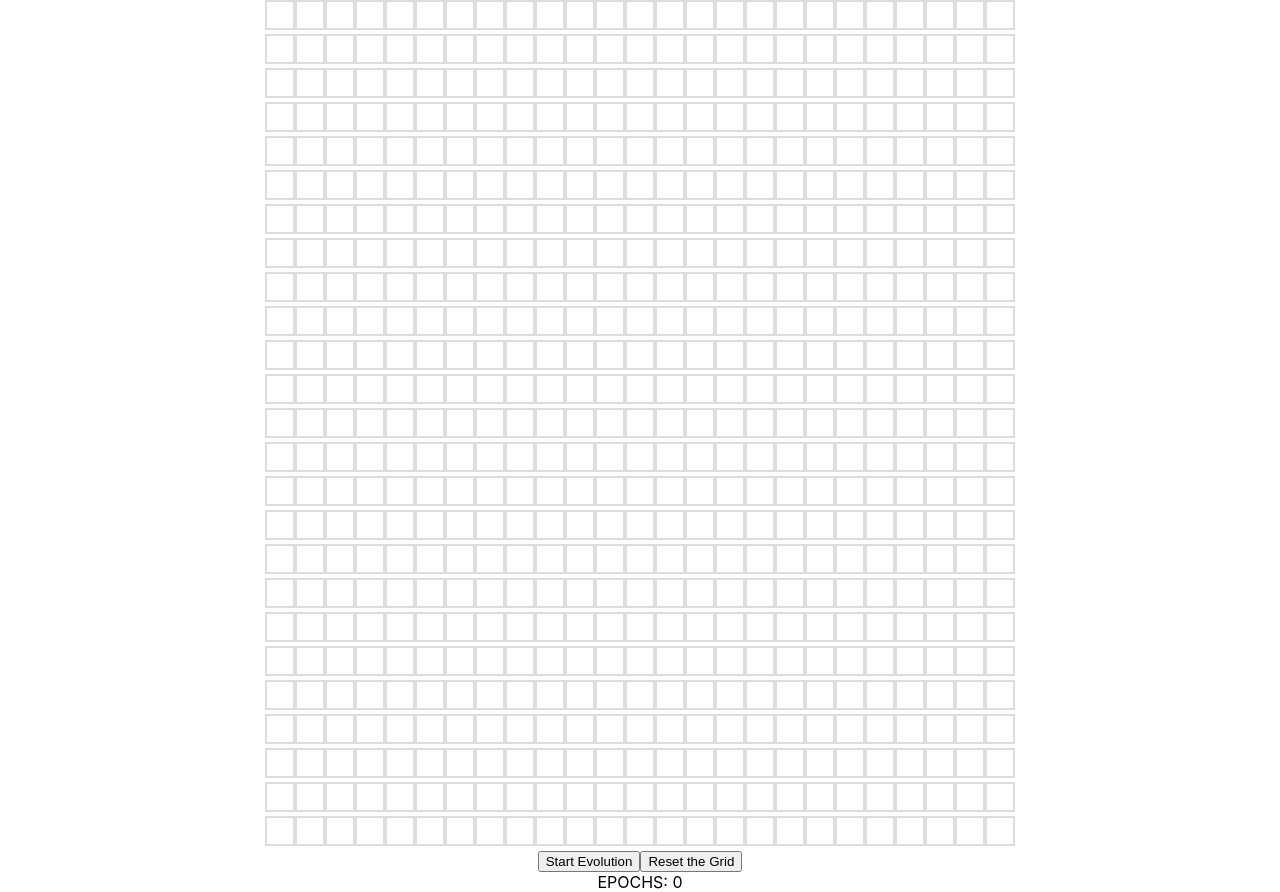
Repository: MarioDiekmann/GameOfLife
Page: /
An editor plug-in stored every save of this project. The page is shown before and after the next save, followed by the edit.
The browser window is 1280 px wide. The pictures show the whole page.
The project was rebuilt for these pictures with package versions that can differ from the ones it lists, and the page was loaded fresh each time.

Above is the page before, as saved 2024-10-14 15:58:23.

After the next save:
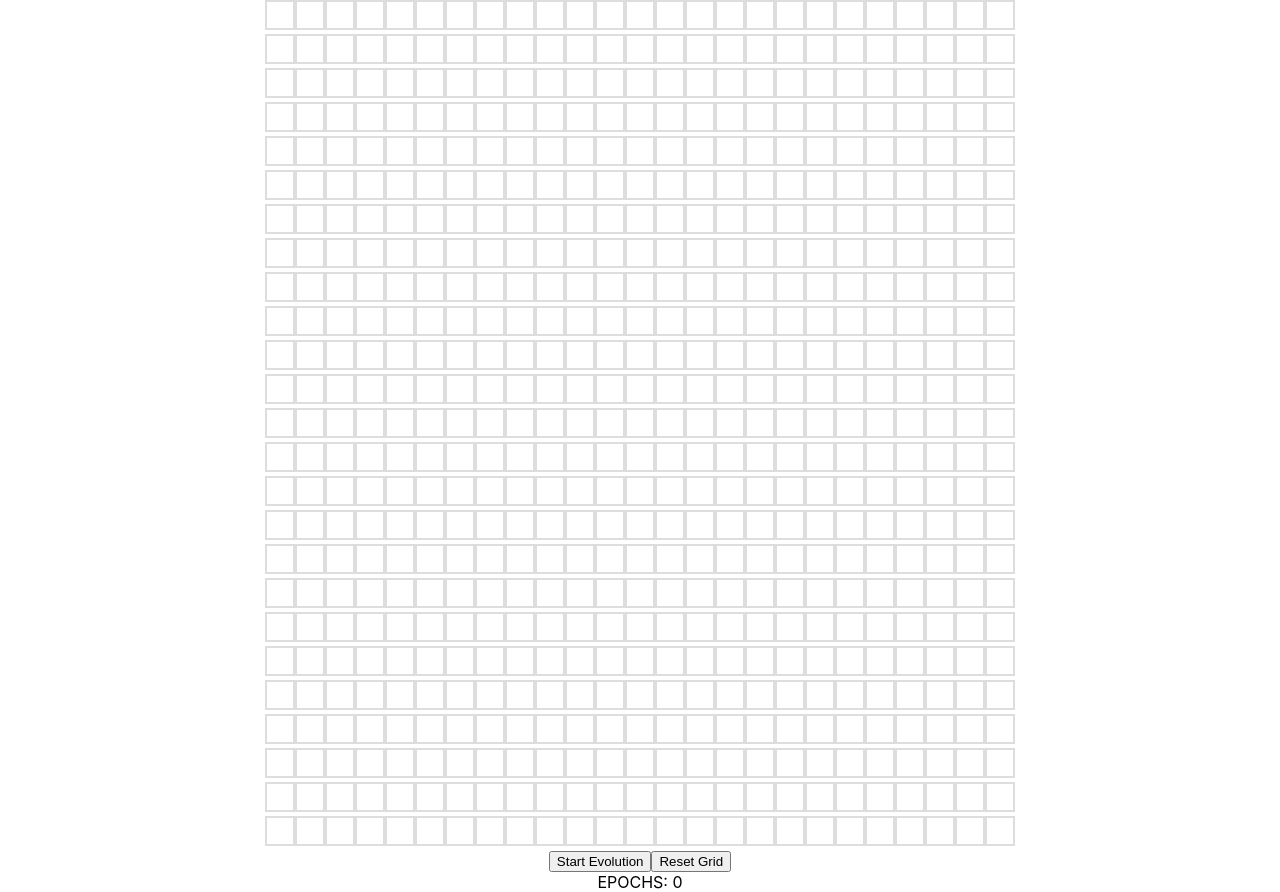
Saved 2 min 40 s later.
--- a/src/components/Game.js
+++ b/src/components/Game.js
@@ -1,14 +1,16 @@
-import React, { useState, useEffect, useCallback } from "react";
+import React, { useState, useEffect, useCallback, useRef } from "react";
 import Cell from "./Cell";
 
 const Game = () => {
     const startingsize = 25;
-    const [size, setsize] = useState(25);
+    const [size, setSize] = useState(startingsize);
     const [epochs, setEpochs] = useState(0);
     const [isEvolving, setIsEvolving] = useState(false);
 
     const initGrid = () => Array.from({ length: size }, () => Array(size).fill(false));
     const [grid, setGrid] = useState(initGrid());
+
+    const previousGridRef = useRef(grid); // Reference to hold the previous grid
 
     const toggleCellState = (row, col) => {
         setGrid(prevGrid => {
@@ -22,8 +24,8 @@ const Game = () => {
     const resetGrid = () => {
         setIsEvolving(false);
         setEpochs(0);
-        const tempGrid = () => Array.from({ length: startingsize }, () => Array(size).fill(false));
-        setGrid(tempGrid);
+        setSize(startingsize);
+        setGrid(initGrid());
     };
 
     const renderGrid = () => {
@@ -45,43 +47,27 @@ const Game = () => {
         for (let i = row - 1; i <= row + 1; i++) {
             for (let j = col - 1; j <= col + 1; j++) {
                 if ((i >= 0 && i < size) && (j >= 0 && j < size) && !(i === row && j === col)) {
-                    count += grid[i][j] ? 1 : 0;
+                    count += grid[i][j] ? 1 : 0; // Increment if alive
                 }
             }
         }
         return count;
     }, [grid, size]);
 
-    const updateGrid = useCallback((stillstandDetected) => {
-        setGrid(prevGrid => {
-            let stillstand = true;
-            const newGrid = prevGrid.map((row, rowIndex) =>
-                row.map((cell, colIndex) => {
-                    const gridCount = countNeighboursAlive(rowIndex, colIndex);
-
-                    // Determine the next state of the cell based on neighbors
-                    const nextState = cell ? gridCount === 2 || gridCount === 3 : gridCount === 3;
-
-                    // If any cell changes its state, we do not have a stillstand
-                    if (nextState !== cell) {
-                        stillstand = false;
-                    }
-
-                    return nextState;
-                })
-            );
-
-            if (stillstand) {
-                stillstandDetected();  // Trigger stillstand detection
-            }
-
-            return newGrid;
-        });
-    }, [countNeighboursAlive]);
-
+    const updateGrid = useCallback(() => {
+        let newGrid = grid.map((row, rowIndex) =>
+            row.map((cell, colIndex) => {
+                const gridCount = countNeighboursAlive(rowIndex, colIndex);
+                return cell ? gridCount === 2 || gridCount === 3 : gridCount === 3;
+            })
+        );
+        setGrid(newGrid);
+        return newGrid; // Return the new grid for comparison
+    }, [countNeighboursAlive, grid]);
 
     const checkEdges = useCallback(() => {
         const indicesAlive = [];
+        // Check upper, right, lower, and left edges
         for (let col = 0; col < size - 2; col++) {
             if (grid[0][col] && grid[0][col + 1] && grid[0][col + 2]) {
                 indicesAlive.push([0, col + 1]);
@@ -110,41 +96,44 @@ const Game = () => {
     }, [grid, size]);
 
     const expandGrid = useCallback((indicesAlive) => {
-        setGrid(prevGrid => {
-            const newSize = 2 * size;
-            const newGrid = Array.from({ length: newSize }, () => Array(newSize).fill(false));
+        const newSize = 2 * size;
+        const newGrid = Array.from({ length: newSize }, () => Array(newSize).fill(false));
+        const rowOffset = Math.floor((newSize - size) / 2);
+        const colOffset = Math.floor((newSize - size) / 2);
 
-            const rowOffset = Math.floor((newSize - size) / 2);
-            const colOffset = Math.floor((newSize - size) / 2);
-
-            for (let row = 0; row < size; row++) {
-                for (let col = 0; col < size; col++) {
-                    if (prevGrid[row][col]) {
-                        newGrid[row + rowOffset][col + colOffset] = true;
-                    }
+        for (let row = 0; row < size; row++) {
+            for (let col = 0; col < size; col++) {
+                if (grid[row][col]) {
+                    newGrid[row + rowOffset][col + colOffset] = true;
                 }
             }
+        }
 
-            for (const [row, col] of indicesAlive) {
-                const newRow = row === -1 ? rowOffset - 1 : row + rowOffset;
-                const newCol = col === -1 ? colOffset - 1 : col + colOffset;
+        for (const [row, col] of indicesAlive) {
+            const newRow = row === -1 ? rowOffset - 1 : row + rowOffset;
+            const newCol = col === -1 ? colOffset - 1 : col + colOffset;
+            if (newRow < newSize && newCol < newSize && newRow >= 0 && newCol >= 0) {
+                newGrid[newRow][newCol] = true;
+            }
+        }
 
-                if (newRow < newSize && newCol < newSize && newRow >= 0 && newCol >= 0) {
-                    newGrid[newRow][newCol] = true;
-                }
-            }
-
-            setsize(newSize);
-            return newGrid;
-        });
-    }, [size]);
+        setSize(newSize);
+        setGrid(newGrid);
+    }, [size, grid]);
 
     const runEpoch = useCallback(() => {
-        let stopEvolution = false;
+        const prevGrid = previousGridRef.current;
+        const newGrid = updateGrid(); // Get updated grid after epoch
 
-        updateGrid(() => {
-            stopEvolution = true;
-        });
+        const gridsAreEqual = prevGrid.every((row, i) =>
+            row.every((cell, j) => cell === newGrid[i][j])
+        );
+
+        if (gridsAreEqual) {
+            setIsEvolving(false);
+            alert("You reached a stillstand");
+            return true;
+        }
 
         const indicesAlive = checkEdges();
         if (indicesAlive.length !== 0) {
@@ -152,8 +141,8 @@ const Game = () => {
         }
 
         setEpochs(prevEpochs => prevEpochs + 1);
-
-        return stopEvolution;
+        previousGridRef.current = newGrid; // Update the reference to the latest grid state
+        return false;
     }, [checkEdges, expandGrid, updateGrid]);
 
     useEffect(() => {
@@ -164,14 +153,10 @@ const Game = () => {
 
         const interval = setInterval(() => {
             if (updatedEpochs < maxEpochs) {
-                const stopEvolution = runEpoch();
-
-                if (stopEvolution) {
-                    setIsEvolving(false);
+                const stillstand = runEpoch();
+                if (stillstand) {
                     clearInterval(interval);
-                    alert('You reached a stillstand');
                 }
-
                 updatedEpochs++;
             } else {
                 setIsEvolving(false);
@@ -183,6 +168,7 @@ const Game = () => {
     }, [isEvolving, runEpoch]);
 
     const startEvolution = () => {
+        previousGridRef.current = grid; // Set initial grid before evolution
         setIsEvolving(!isEvolving);
     };
 
@@ -190,10 +176,10 @@ const Game = () => {
         <div>
             {renderGrid()}
             <button onClick={startEvolution}>{isEvolving ? "Stop Evolution" : "Start Evolution"}</button>
-            <button className="reset-btn" onClick={resetGrid}>Reset the Grid</button>
+            <button className="reset-btn" onClick={resetGrid}>Reset Grid</button>
             <div>EPOCHS: {epochs}</div>
         </div>
     );
-}
+};
 
 export default Game;
